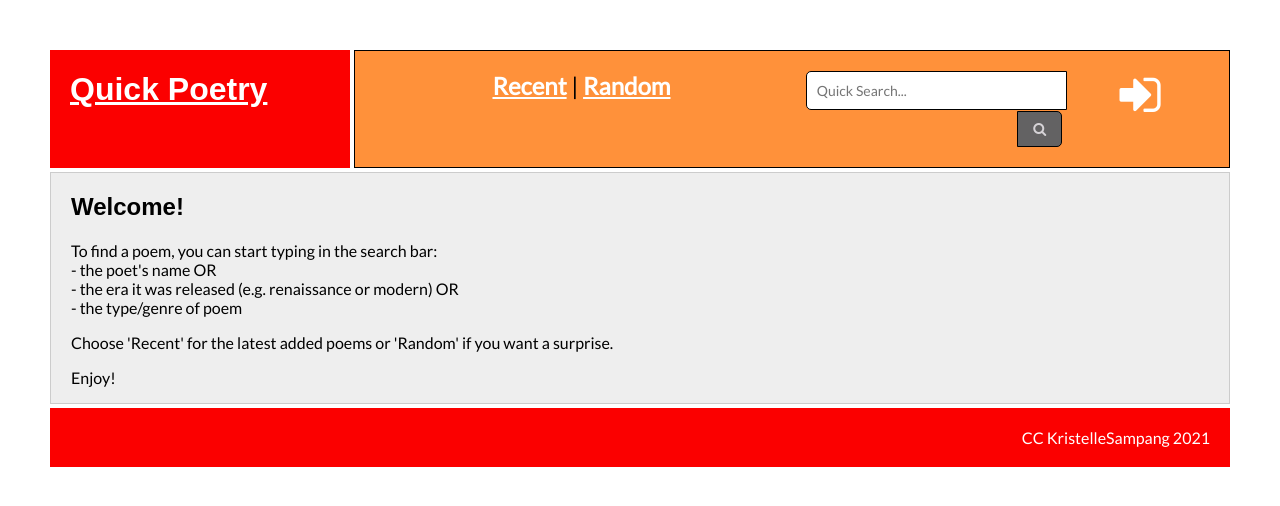
Repository: sampangk71280/Poetry_DB
Page: http://localhost/index.php?page=home
An editor plug-in stored every save of this project. The page is shown before and after the next save, followed by the edit.
The browser window is 1280 px wide. The pictures show the whole page.
Some web fonts or font styles are not loaded; a fallback is used. The page is run by PHP 8.4 with error messages shown; the project is at /var/www/html/.

Above is the page before, as saved 2021-12-07 13:06:26.

### index.php
<!DOCTYPE HTML>

<?php

session_start();
include("config.php");
include("functions.php");

// connect to database
$dbconnect=mysqli_connect(DB_HOST,DB_USERNAME,DB_PASSWORD, DB_NAME);

if(mysqli_connect_errno()){
    echo "Connection failed:".mysqli_connect_error();
    exit;
}

?>


<html lang="en">

<?php include("content/head.php"); ?>

<body>

    <div class="wrapper">

            <?php include("content/heading_navigation.php") ?>

        <div class="box main">

                <?php

                if(!isset($_REQUEST['page'])) {
                    include("content/home.php");
                } // end of if includes home page

                else {
                    // prevents users from navigating through file system
                    $page=preg_replace('/[^0-9a-zA-Z]-/', '', $_REQUEST['page']);
                    include("content/$page.php");

                } // end of else that includes requested content

                ?>

        </div>    <!-- / main -->

        <?php include("content/footer.php"); ?>

    </div>  <!-- / wrapper  -->

</body>

### config.php
<?php

ini_set('display_errors', 'On');  // change to 'Off' when live

define ("DB_NAME","sampangk71280_L3_Poetry");
define ("DB_USERNAME","_sampangk71280");
define ("DB_PASSWORD","QANbMDYSVME7gpyR");
define ("DB_HOST","localhost");

?>

### functions.php
<?php

// function to 'clean' data
function test_input($data) {
	$data = trim($data);
	$data = htmlspecialchars($data); //  needed for correct special character rendering
	return $data;
}


// entity is subject, country, occupation etc
function autocomplete_list($dbconnect, $item_sql, $entity)
{
// Get entity / topic list from database
$all_items_query = mysqli_query($dbconnect, $item_sql);
$all_items_rs = mysqli_fetch_assoc($all_items_query);

// Make item arrays for autocomplete functionality...
while($row=mysqli_fetch_array($all_items_query))
{
  $item=$row[$entity];
  $items[] = $item;
}

$all_items=json_encode($items);
return $all_items;

}


// function to get subject, country & career ID's
function get_ID($dbconnect, $table_name, $column_ID, $column_name, $entity)
{

    if($entity=="")
    {
        return 0;
    }


    // get entity ID if it exists
    $findid_sql = "SELECT * FROM $table_name WHERE $column_name LIKE '$entity'";
    $findid_query = mysqli_query($dbconnect, $findid_sql);
    $findid_rs = mysqli_fetch_assoc($findid_query);
    $findid_count=mysqli_num_rows($findid_query);

    // If subject ID does exists, return it...
    if($findid_count > 0) {
        $find_ID = $findid_rs[$column_ID];
        return $find_ID;
    }   // end if (entity existed, ID returned)


    else {
        $add_entity_sql = "INSERT INTO $table_name ($column_ID, $column_name) VALUES (NULL, '$entity');";
        $add_entity_query = mysqli_query($dbconnect, $add_entity_sql);

    $new_id_sql = "SELECT * FROM $table_name WHERE $column_name LIKE '$entity'";
    $new_id_query = mysqli_query($dbconnect, $new_id_sql);
    $new_id_rs = mysqli_fetch_assoc($new_id_query);

    $new_id = $new_id_rs[$column_ID];

    return $new_id;

    }   // end else (entity added to table and ID returned)

} // end get ID function


function get_rs($dbconnect, $sql)
{
    $find_sql = $sql;
    $find_query = mysqli_query($dbconnect, $find_sql);
    $find_rs = mysqli_fetch_assoc($find_query);

    return $find_rs;
}


function country_job($dbconnect, $entity_1, $entity_2, $label_sg, $label_pl, $table, $entity_ID, $entity_name)
{

    $all_entities = array($entity_1, $entity_2);
    // loop through items and look up their values...

    // Counts # of countries that without ID zero...
    $num_entities = count(array_filter($all_entities));


    if ($num_entities == 1)
    {
    echo "<b>".$label_sg."</b>: ";
    }

    else { echo "<b>".$label_pl."</b>: ";}

    foreach ($all_entities as $entity) {

    $entity_sql = "SELECT * FROM $table WHERE $entity_ID = $entity";
    $entity_query = mysqli_query($dbconnect, $entity_sql);
    $entity_rs = mysqli_fetch_assoc($entity_query);

    if ($entity != 0) {

    ?>


    <span class="author_entity tag"><?php echo $entity_rs[$entity_name]; ?> </span> &nbsp;

    <?php

    } // end entity if

    // break reference with the last element as per the manual
    unset($entity);

    }

}

?>

### content/head.php
<head>
    <meta charset="UTF-8">
    <meta name="description" content="Site featuring poetry from famous authors">
    <meta name="keywords" content="quotes, famous, author, writer, sportsman,
    political activist, sayings, poetry">
    <meta name="author" content="Kristelle Sampang">
    <meta name="viewport" content="width=device-width, initial-scale=1.0">

    <title>Quick Poetry</title>

    <!-- Edit the link below / replace with your chosen google font -->
    <link href="https://fonts.googleapis.com/css?family=Lato%7cUbuntu" rel="stylesheet">

    <!-- Edit the name of your style sheet - 'foo' is not a valid name!! -->
    <link rel="stylesheet" href="theme/quick_poetry.css">
        <link rel="stylesheet" href="theme/font-awesome.min.css">

</head>

### content/heading_navigation.php

        <div class="box banner">


            <h1><a class="heading" href = "index.php?page=home">Quick Poetry</a></h1>
        </div>    <!-- / banner -->

        <!-- Navigation goes here.  Edit BOTH the file name and the link name -->
        <div class="box nav">

            <div class="linkwrapper">
                <div class="commonsearches">
                    <a href="index.php?page=recent">Recent</a> |
                    <a href="index.php?page=random">Random</a>
                </div>  <!-- / common searches -->

                 <div class="topsearch">

                    <!-- Quick Search -->
                    <form method="post" action="index.php?page=quick_search"
                    enctype="multipart/form-data">

                        <input class="search quicksearch" type="text"
                        name="quick_search" size="40" value="" required placeholder="Quick Search..." />

                        <input class="submit" type="submit" name="find_quick" value="&#xf002;" />

                    </form>     <!-- / quick search -->

                </div>  <!-- / top search -->

                <div class="topadmin">

                <?php

                    if (isset($_SESSION['admin'])) {

                    ?>

                    <a href="index.php?page=../admin/new_poem" title="Add a quote"><i class="fa fa-plus fa-2x"></i></a>

                    &nbsp; &nbsp;

                    <a href="index.php?page=../admin/logout" title="Log Out">
                        <i class="fa fa-sign-out fa-2x"></i>
                    </a>

                    <?php
                    } // end user if logged in if

                    else {
                        ?>

                    <a href="index.php?page=../admin/login" title="Log In">
                        <i class="fa fa-sign-in fa-2x"></i>
                    </a>

                    <?php // end of login else
                    }

                    ?>


                </div>  <!-- / top admin -->

            </div>  <!--- / link wrapper -->

        </div>    <!-- / nav -->

### content/home.php
<h2>Welcome!</h2>

            <p>
                To find a poem, you can start typing in the search bar: <br/>
                - the poet's name OR <br/>
                - the era it was released (e.g. renaissance or modern) OR <br/>
                - the type/genre of poem
            </p>

            <p>
                Choose 'Recent' for the latest added poems or 'Random' if you want a surprise.
            </p>

            <p>
                Enjoy!
            </p>

### content/footer.php
<div class="box footer">
            CC KristelleSampang 2021
        </div>    <!-- / footer -->

### theme/quick_poetry.css
body {
    margin: auto;
    padding: 50px;
    color: #000;
    font-family: 'Lato', sans-serif;
}

/* Box (for corners & padding) */
.box {
    padding-left: 20px;
    /* border-radius: 10px; */
    background-color: #ddd;
}


/* Set up grids... specifics */

/*  #### Grid for Main page #### */


.wrapper {
    display: grid;
    grid-template-columns: 300px 1fr;
    grid-template-rows: auto;
    grid-template-areas:
        "banner nav"
        "main main"
        "footer footer";
        grid-gap: 4px;

}
@media only screen and (max-width: 1100px){
    .wrapper{
    grid-template-columns: auto;
    grid-template-rows: auto;
    grid-template-areas:
        "banner"
        "nav"
        "main"
        "footer";
    }
}
.banner {
    grid-area: banner;
}

.nav {
    grid-area: nav;
    background-color: #ff913a;  /* orange  */
    font-size: 150%;
    padding: 20px;
    vertical-align: middle;
    border: solid 1px;
}

.main {
    grid-area: main;
    background-color: #eee;  /* very pale grey */
    border: solid 1px #CCC;
}


.footer {
    grid-area: footer;
    text-align: right;
    padding: 20px;
}

/*  #### Grid for Navigation area page #### */

.linkwrapper {
    display: grid;
    grid-template-columns: 3fr 2fr 1fr;
    grid-template-areas:
        "commonsearches topsearch topadmin";
    grid-gap: 4px;
}


.commonsearches {
    grid-area: commonsearches;
    text-align: center;
}

.topsearch {
    grid-area: topsearch;
    text-align: right;
}

.topadmin {
    grid-area: topadmin;
    text-align: center;
}

/* Make navigation responsive */

@media only screen and (max-width: 800px){
    .linkwrapper{
        grid-template-columns: auto;
        grid-template-rows: auto;
        grid-template-areas:
            "commonsearches commonsearches"
            "topsearch topadmim";
    }

    .commonsearches{
        text-align: left;
    }

    .topsearch{
        text-align: left;
    }

    .topadmin {
        text-align: right;
    }
}

/* ### Additional div styling (put colours / corners here) */


/* Area colouring... */

/* logo, banner and footer background are the same */
.banner, .footer {
    background-color: #fb0000;  /* bold red */
}

/* Set font on dark areas to white */
.logo, .banner, .side, .footer {
    color: #fff;
}

/* #### Links Styling  #### */

/* Navigation Links */
a.topnav {font-weight: bold;}
a.topnav:link, a.topnav:visited {color: #007c72;} /*dark teal */
a.topnav:hover {color: #707a00; text-decoration: none;}


/* links in page */
a {font-weight: bold;}
a:link{color: #ffffff;} /* white */
a:visited{color: #000;} /* black */
a:hover{color: gainsboro;}

/* #### Headings / text styling #### */
h1, h2, h3, h4 {
    font-family: 'Ubuntu', sans-serif;
}

h5 {
    font-family: 'Ubuntu', sans-serif;
    font-weight: bold;
    font-size: 16px;
}

.sub_heading {
    font-family: 'Ubuntu', sans-serif;
    color: #593849; /* purple */
    font-weight: bold;
}

/* ### Form / Search  Styling #### */

form {
    width: 60%;
    display: inline;
}

.search {
    background:#fff;
    width: 75%;
}

.submit::-moz-focus-inner {
    border: 0;
}


.submit {
    font-family: FontAwesome, 'Helvetica Neue', Helvetica, Arial, sans-serif;
    position:relative;
    width: 45px;
    font-size: 14px;

    left:-5px;
    background-color: #636263;
    color:#d6d3d7;
    border: 1px solid #000;
    border-radius: 0 5px 5px 0;
    display: inline-block;
    padding: 10px;
}


input[type="submit"]:hover {
    background-color: #000;
}


input {
    font-size: 14px;
    padding: 10px;
    display: inline-block;
    border: 1px solid #000;
    box-sizing: border-box;
}


.quicksearch {
    border-radius: 5px 0 0 5px;
    display: inline-block;
    position: relative;
}

/* ### Results styling, includes 'tags' button ### */
.results{
    background-color:#D2D2D2;
    border: solid 1px #4c9c72;
    padding: 10px;

    margin-right: 20px;
    border-radius: 20px;
}

.tag{
    background-color: #ff913a ;  /* orange like heading*/
    padding: 5px;
    padding-left: 10px;
    padding-right: 10px;
    border: solid 1px #000;
    border-radius: 5px;
}
.authortag{
    background-color: #FFA660; /* orange */
    padding: 5px;
    padding-left: 10px;
    padding-right: 10px;
    border: solid 1px #000;
    border-radius: 5px;
}

.deletetag{
    background-color: #FFA660 ;
    padding: 5px;
    padding-left: 10px;
    padding-right: 10px;
    border: solid 1px #000;
    border-radius: 5px;
}

.deletetagno{
    background-color: #ff4646 ;
    padding: 5px;
    padding-left: 10px;
    padding-right: 10px;
    border: solid 1px #000;
    border-radius: 5px;
}

.about{
    background: #FFEC00; /* yellow */
    border: solid 1px #E9D800; /* yellow but slightly darker*/
    padding: 10px;
    border-radius: 10px;
    margin-right: 20px;
}

.error{
    background-color:  #ffcece;
    color: #721a1a;
    border-radius: 10px;
    padding: 10px;
    border: solid 1px #721a1a;

}

/* editing tools formatting */
.edit-tools {
    text-align: right;
    padding-right: 20px;
}

/* Form Formatting css */

/* make height of drop downs slightly larger */
select {
    height: 40px;
    padding: 5px;
}

/* controls input field on autocomplete boxes (pink for error,
white for OK) */

input.tag-error[type=text]{
    background-color: #ff9e9e;
}

input.tag-ok[type=text]{
    background-color: #fff;

}

/* field backgrounds */
.form-ok{
    background-color: #fff;

}

.form-error{
    background-color: #ff9e9e;
}

/* error messages */
.no-error {
    display: none;
}

.error-text{
    color: darkred;
}

textarea,
input[type=text] {
    font-family: 'Lato', sans-serif;
    padding: 10px;
    border-width: 1px;
    margin: auto;
    width: 95%;
}

.add-field {
    width: 95%;
}

textarea {
    width: 90%;
    max-width: 700px;
}

Loaded but not shown: theme/font-awesome.min.css (library)

After the next save:
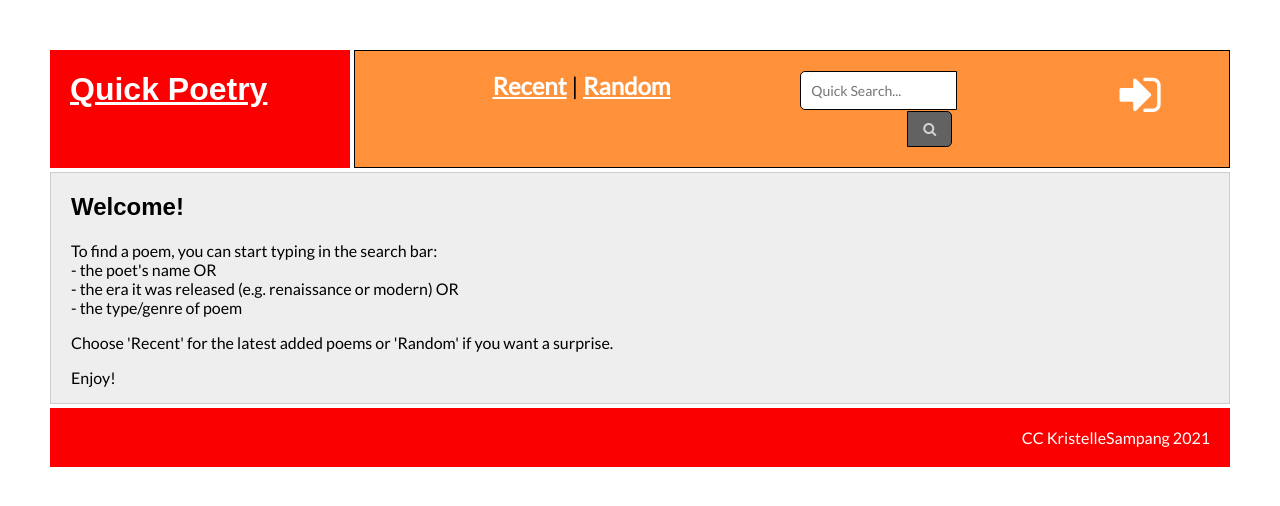
Saved 82 s later.
--- a/theme/quick_poetry.css
+++ b/theme/quick_poetry.css
@@ -166,7 +166,7 @@
 
 form {
     width: 60%;
-    display: inline;
+    float: left;
 }
 
 .search {

After the 3 saves that followed:
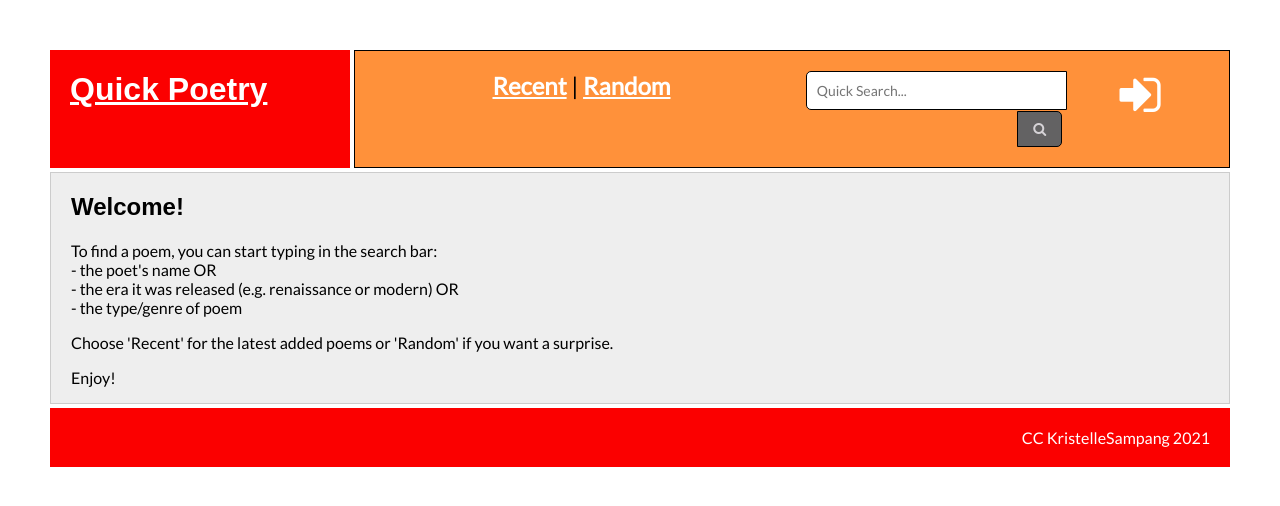
The 3 saves are shown as one change because 2 left the picture as it was.
The last was saved 6 min 40 s later.
--- a/theme/quick_poetry.css
+++ b/theme/quick_poetry.css
@@ -165,7 +165,7 @@
 /* ### Form / Search  Styling #### */
 
 form {
-    width: 60%;
+    width: 100%;
     float: left;
 }
 
